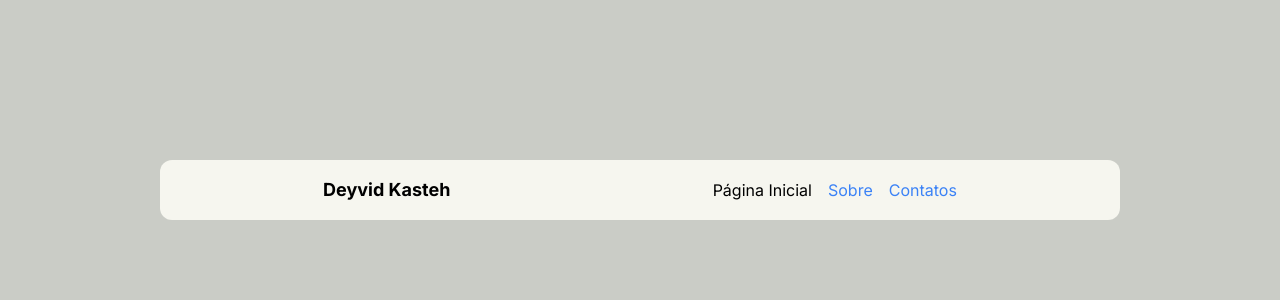
Repository: Deyvid-Kasteh/kasteh_portfolio
Page: /
These files come from the project's save history. The page is drawn as it stood at one moment and after the next save; the edit follows.
The browser window is 1280 px wide. The pictures show the whole page.
The project was rebuilt for these pictures with package versions that can differ from the ones it lists, and the page was loaded fresh each time. The framework's server and built-in components were replaced by stand-ins that run in the browser. Also part of the build but not shown: next.config.mjs.

Above is the page before, as saved 2024-03-24 02:35:15.

### src/app/layout.tsx
import type { Metadata } from "next";
import { Inter } from "next/font/google";
import "./globals.css";

const inter = Inter({ subsets: ["latin"] });

export const metadata: Metadata = {
  title: "Create Next App",
  description: "Generated by create next app",
};

export default function RootLayout({
  children,
}: Readonly<{
  children: React.ReactNode;
}>) {
  return (
    <html lang="pt-br">
      <body
        className={`bg-customGrayBG ${inter.className} p-4 sm:p-6 md:p-8 lg:p-10 xl:p-40`}
      >
        {children}
      </body>
    </html>
  );
}

### src/app/page.tsx
import Header from "./components/header";

export default function Home() {
  return (
    <>
      <Header />
      <main></main>
      <footer></footer>
    </>
    // <main className="bg-neutral-200 flex min-h-screen flex-col items-center justify-between p-24">

    // </main>
  );
}

### src/app/globals.css
@tailwind base;
@tailwind components;
@tailwind utilities;

:root {
  --foreground-rgb: 0, 0, 0;
  --background-start-rgb: 214, 219, 220;
  --background-end-rgb: 0, 0, 0;
}

/* @media (prefers-color-scheme: dark) {
  :root {
    --foreground-rgb: 255, 255, 255;
    --background-start-rgb: 0, 0, 0;
    --background-end-rgb: 0, 0, 0;
  }
} */

body {
  color: "#25282B"
  /* background: linear-gradient(
      to bottom,
      transparent,
      rgb(var(--background-end-rgb))
    )
    rgb(var(--background-start-rgb)); */
}



@layer utilities {
  .text-balance {
    text-wrap: balance;
  }
}

### src/app/components/header.tsx
import React from "react";

const Header: React.FC = () => {
  return (
    <header className="bg-customGrayComponents flex justify-around items-center py-4 rounded-xl p-8">
      <h1 className="text-lg font-bold">Deyvid Kasteh</h1>
      <nav>
        <ul className="flex space-x-4">
          <li>
            <a href="#" >
              Página Inicial
            </a>
          </li>
          <li>
            <a href="#" className="text-blue-500 hover:text-blue-700">
              Sobre
            </a>
          </li>
          <li>
            <a href="#" className="text-blue-500 hover:text-blue-700">
              Contatos
            </a>
          </li>
        </ul>
      </nav>
    </header>
  );
};

export default Header;

### tailwind.config.ts
import type { Config } from "tailwindcss";

const config: Config = {
  content: [
    "./src/pages/**/*.{js,ts,jsx,tsx,mdx}",
    "./src/components/**/*.{js,ts,jsx,tsx,mdx}",
    "./src/app/**/*.{js,ts,jsx,tsx,mdx}",
  ],
  theme: {
    extend: {
      backgroundImage: {
        "gradient-radial": "radial-gradient(var(--tw-gradient-stops))",
        "gradient-conic":
          "conic-gradient(from 180deg at 50% 50%, var(--tw-gradient-stops))",
      },
      colors: {
        customGrayBG: "#CACCC6", // Definindo o background color
        customGrayComponents: "#F6F6EF",
      },
    },
  },
  plugins: [],
};
export default config;

After the next save:
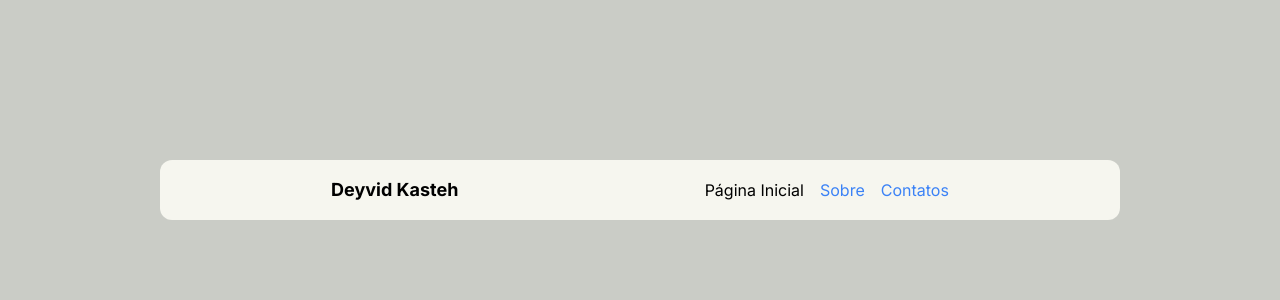
Saved 5 s later.
--- a/src/app/components/header.tsx
+++ b/src/app/components/header.tsx
@@ -2,7 +2,7 @@ import React from "react";
 
 const Header: React.FC = () => {
   return (
-    <header className="bg-customGrayComponents flex justify-around items-center py-4 rounded-xl p-8">
+    <header className="bg-customGrayComponents flex justify-around items-center py-4 rounded-xl p-12">
       <h1 className="text-lg font-bold">Deyvid Kasteh</h1>
       <nav>
         <ul className="flex space-x-4">
